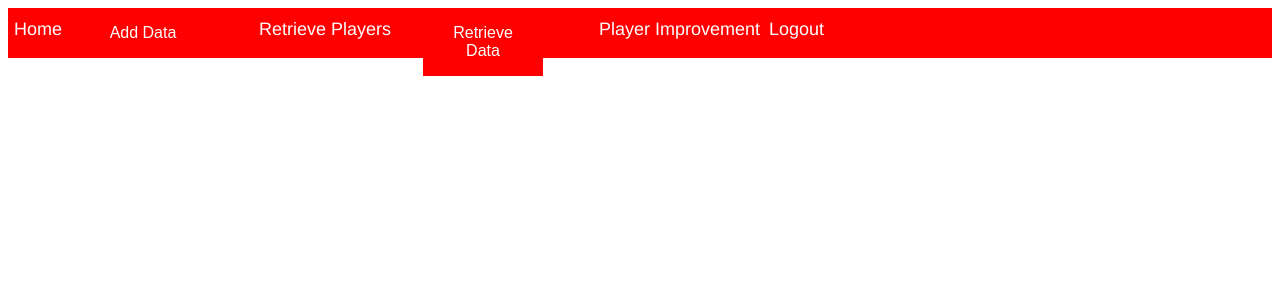
Repository: prm2711/javaapps
Page: http://localhost/Tournament/front.jsp
The author's editor kept a copy of each file at every save. The page is drawn from the files as they stood at one save, then again after the next save.
The browser window is 1280 px wide. The pictures show the whole page.
The page is served by Tomcat 9. The session is filled in as if someone had signed in: {"name": "admin", "username": "admin"}. Other server files are loaded and not shown.

Above is the page before, as saved 2018-01-29 10:49:58.

### eclipse-workspace/Tournament/WebContent/front.jsp

<%@ page language="java" contentType="text/html; charset=ISO-8859-1"
	pageEncoding="ISO-8859-1"%>
<!DOCTYPE html PUBLIC "-//W3C//DTD HTML 4.01 Transitional//EN" "http://www.w3.org/TR/html4/loose.dtd">
<html>
<head>
<meta http-equiv="Content-Type" content="text/html; charset=ISO-8859-1">
<title>Home</title>
<link rel="stylesheet" type="text/css" href="css/front.css">
</head>
<body>
	<ul>

		<li class="home">
			<%
				if (session.getAttribute("name").equals("admin")) {
			%>
			<form method="post" action="home.jsp" class="form-button-home">
				<input class="button-add" type="submit" name="link" value="Home">
			</form>
			<%
				} else if (session.getAttribute("name").equals("user")) {
			%><form method="post" action="userhome.jsp" class="form-button-home">
				<input class="button-add" type="submit" name="link" value="Home">
			</form>
			<%
				}
			%>
		</li>
		<li class="drop"><div class="dropdown">
				<button class="dropbtn">Add Data</button>
				<div class="dropdown-content">
					<form method="post" action="inserttour.jsp" class="form-button">
						<input class="button-add" type="submit" name="link"
							value="Tournament">
					</form>
					<form method="post" action="insertplayer.jsp" class="form-button">
						<input class="button-add" type="submit" name="link" value="Player">
					</form>
					<form method="post" action="ListServlet" class="form-button">
						<input class="button-add" type="submit" name="link" value="Match">
					</form>
				</div>
			</div></li>

		<li class="retrieve"><form method="post"
				action="RetrievePlayerServlet" class="form-button">
				<input class="button-add" type="submit" value="Retrieve Players">
			</form></li>
		<li class="drop"><div class="dropdown">
				<button class="dropbtn">Retrieve Data</button>
				<div class="dropdown-content">
					<form method="post" action="RetrieveMatchServlet"
						class="form-button">
						<input class="button-add" type="submit" value="Match">
					</form>
					<form method="post" action="ListServlet" class="form-button-match">
						<input class="button-add" type="submit" name="link"
							value="Player vs Player">
					</form>
					<form method="post" action="ListServlet" class="form-button-match">
						<input class="button-add" type="submit" name="link"
							value="Player in Tournament">
					</form>
				</div>
			</div></li>

		<li class="retrieve"><form method="post"
				action="MostImprovedServlet" class="form-button">
				<input class="button-add" type="submit" value="Player Improvement">
			</form></li>

		<li class="logout"><form method="post" action="LogoutServlet"
				class="form-button">
				<input class="button-add" type="submit" value="Logout">
			</form></li>
	</ul>
</body>
</html>

### eclipse-workspace/Tournament/WebContent/css/front.css
@charset "ISO-8859-1";

ul {
	list-style-type: none;
	height: 50px;
	background-color: red;
	margin: 0;
	padding: 0;
	display: flex;
}

li {
	float: left;
	font-size: 20px;
	width: 110px;
}

.drop {
	width: 170px;
}

.home, .logout {
	width: 75px;
}

.addmatch,.addplayer {
	width: 120px;
}

.addtour,.retrieve {
	width: 170px;
}

.twoplayers,.playertour {
	width: 190px;
}

.country {
	width: 250px;
}

.dropdown {
    position: relative;
    display: inline-block;
    width: 200px;
}

.dropbtn {
    background-color: red;
    color: white;
    padding: 16px;
    font-size: 16px;
    border: none;
    cursor: pointer;
    width: 120px;
}


.dropdown-content {
    display: none;
    position: absolute;
    background-color: orange;
    min-width: 160px;
    box-shadow: 0px 8px 16px 0px rgba(0,0,0,0.2);
    z-index: 1;
}

.dropdown-content form {
    color: black;
    padding: 12px 16px;
    text-decoration: none;
    display: block;
}

.button-add {
	display: block;
	border-style: none;
	color: white;
	text-decoration: none;
	border: 0px;
	background-color: red;
	font-family: Helvetica;
	font-size: 18px;
}

.dropdown-content form:hover {
	background-color: #f1f1f1;
}

.dropdown:hover .dropdown-content {
    display: block;
}

.dropdown:hover .dropbtn {
    background-color: #3e8e41;
}


li .form-button, li .form-button-match, li .form-button-home {
	color: white;
	text-align: center;
	text-decoration: none;
	font-size: 25px;
	padding-top: 10px;
}

li .button-add:hover {
	background-color: #555;
	color: white;
}

li .button-add:active {
	background-color: blue;
	color: white;
}

After the next save:
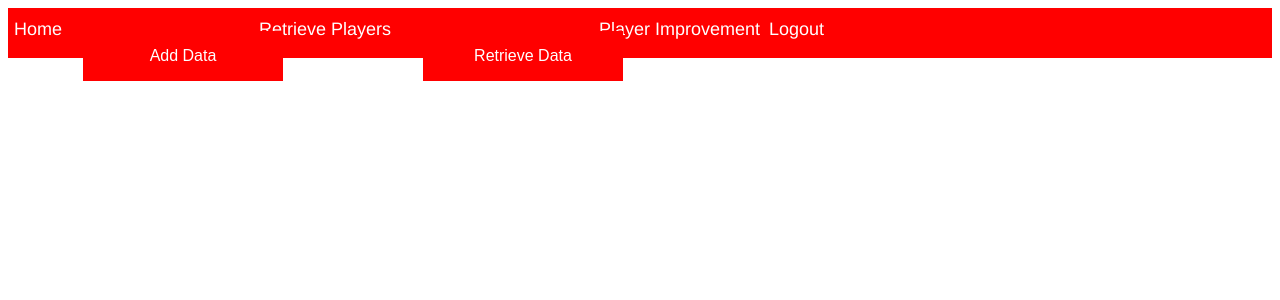
Saved 16 s later.
--- a/eclipse-workspace/Tournament/WebContent/css/front.css
+++ b/eclipse-workspace/Tournament/WebContent/css/front.css
@@ -52,7 +52,9 @@ li {
     font-size: 16px;
     border: none;
     cursor: pointer;
-    width: 120px;
+    width: 200px;
+    position: absolute;
+    top: 5px;
 }
 
 
